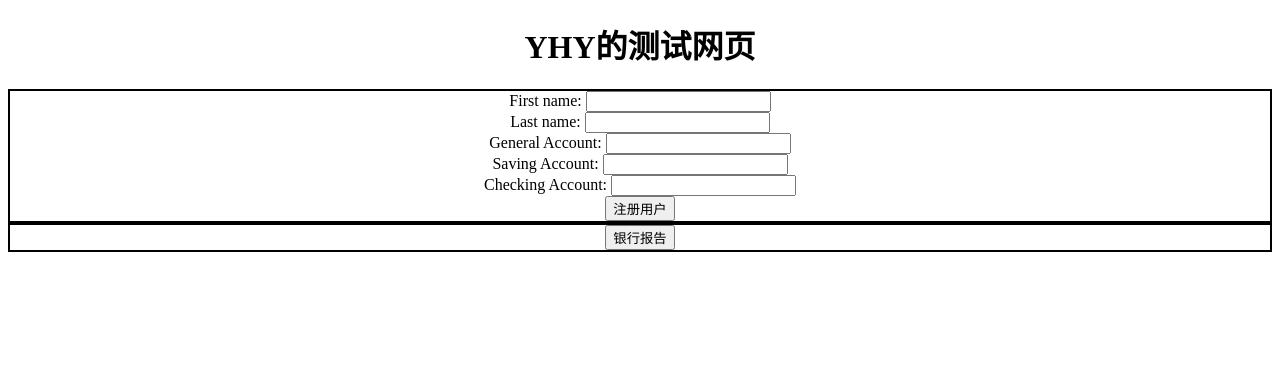
Repository: Darkmoon1/Bank-java-
Page: Bank/myBank/WebContent/home.html
An editor plug-in stored every save of this project. The page is shown before and after the next save, followed by the edit.
The browser window is 1280 px wide. The pictures show the whole page.

Above is the page before, as saved 2017-07-13 18:09:33.

After the next save:
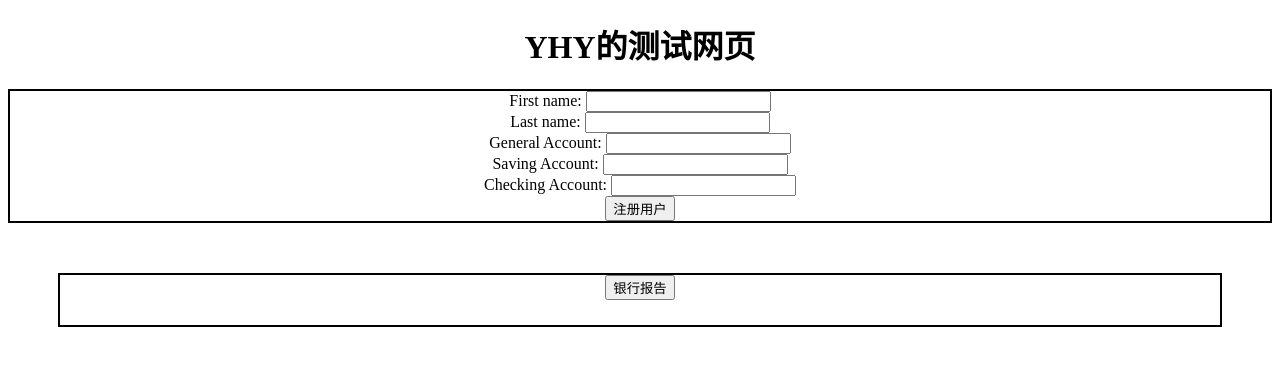
Saved 109 s later.
--- a/Bank/myBank/WebContent/home.html
+++ b/Bank/myBank/WebContent/home.html
@@ -19,7 +19,8 @@
     	left:
     }
     .re{
-
+    	height: 50px;
+    	margin: 50px;
     }
 
     </style>
